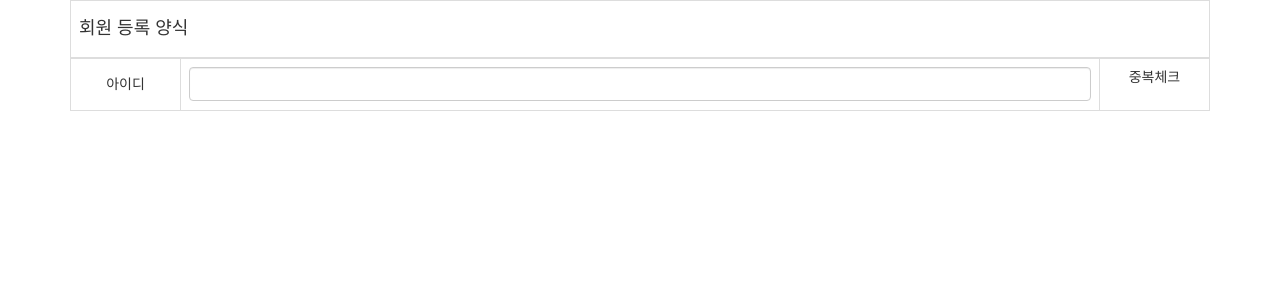
Repository: LJzero-dev/java-study
Page: http://localhost/test/
These files come from the project's save history. The page is drawn as it stood at one moment and after the next save; the edit follows.
The browser window is 1280 px wide. The pictures show the whole page.
The page is served by Tomcat 9. Other server files are loaded and not shown.

Above is the page before, as saved 2023-06-07 11:11:10.

### web/test/WebContent/index.jsp
<%@ page language="java" contentType="text/html; charset=UTF-8" pageEncoding="UTF-8"%>
<!DOCTYPE html PUBLIC "-//W3C//DTD HTML 4.01 Transitional//EN" "http://www.w3.org/TR/html4/loose.dtd">
<html>
<head>
	<meta http-equiv="Content-Type" content="text/html; charset=UTF-8">
	<meta name="viewport" content="width=device-width, initial-scale=1">
	<link rel="stylesheet" href="css/bootstrap.css">
	<link rel="stylesheet" href="css/custom.css">
<title>Insert title here</title>
<script src="https://code.jquery.com/jquery-3.7.0.min.js" integrity="sha256-2Pmvv0kuTBOenSvLm6bvfBSSHrUJ+3A7x6P5Ebd07/g=" crossorigin="anonymous"></script>
<script src="js/bootstrap.js"></script>
</head>
<body>
	<div class="container">
		<form method="post" action="./userRegister">
			<table class = "table table-bordered table-hover" style="text-align:center; border:1px solid #dddddd">
				<thead>
					<tr>
						<th colspan="3"><h4>회원 등록 양식</h4></th>
					</tr>
				</thead>
				<tbody>
					<tr>
						<td style="width: 110px;"><h5>아이디</h5></td>
						<td><input class="form-control" type="text" id="userID" name="userID" maxlength="20"></td>
						<td style="width: 110px; ><button class="btn btn-primary" onclick="registerCheckFunction();" type="button">중복체크</button></td>
					</tr>
				</tbody>
			</table>
		</form>
	</div>
</body>
</html>

Loaded but not shown: web/test/WebContent/css/bootstrap.css (library); web/test/WebContent/css/custom.css (common file); web/test/WebContent/js/bootstrap.js (library)

After the next save:
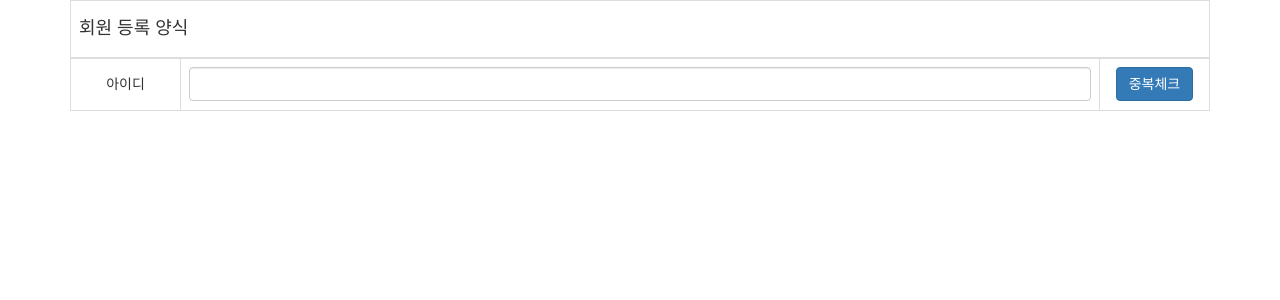
Saved 13 s later.
--- a/web/test/WebContent/index.jsp
+++ b/web/test/WebContent/index.jsp
@@ -23,7 +23,7 @@
 					<tr>
 						<td style="width: 110px;"><h5>아이디</h5></td>
 						<td><input class="form-control" type="text" id="userID" name="userID" maxlength="20"></td>
-						<td style="width: 110px; ><button class="btn btn-primary" onclick="registerCheckFunction();" type="button">중복체크</button></td>
+						<td style="width: 110px;" ><button class="btn btn-primary" onclick="registerCheckFunction();" type="button">중복체크</button></td>
 					</tr>
 				</tbody>
 			</table>
